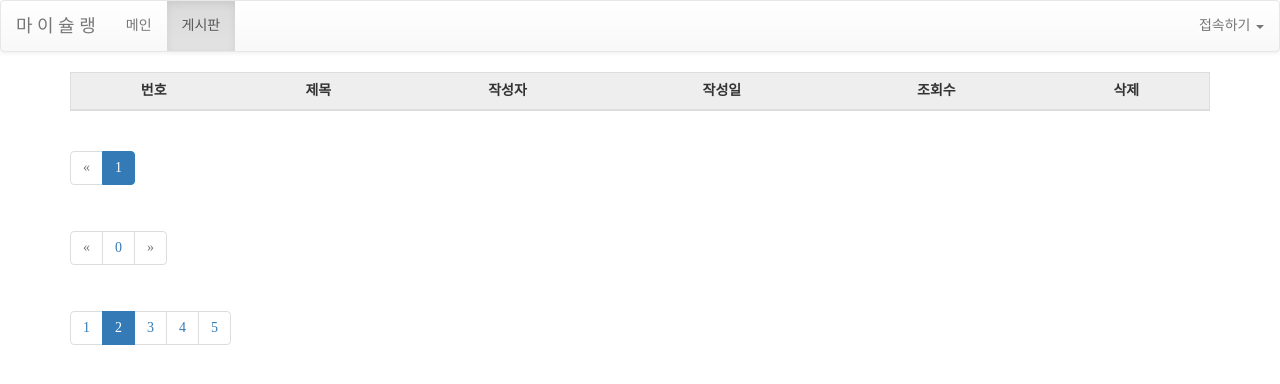
Repository: serendipity63/mychelin
Page: http://localhost/board/WEB-INF/views/boardlist.jsp
The author's editor kept a copy of each file at every save. The page is drawn from the files as they stood at one save, then again after the next save.
The browser window is 1280 px wide. The pictures show the whole page.
Some web fonts or font styles are not loaded; a fallback is used. The page is served by Tomcat 9. Nobody is signed in. The template is opened directly, without the code that normally fills it, so the values that code supplies are empty.

Above is the page before, as saved 2024-01-11 07:44:20.
Console error (its wording comes from the project's code and is left out).

After the next save:
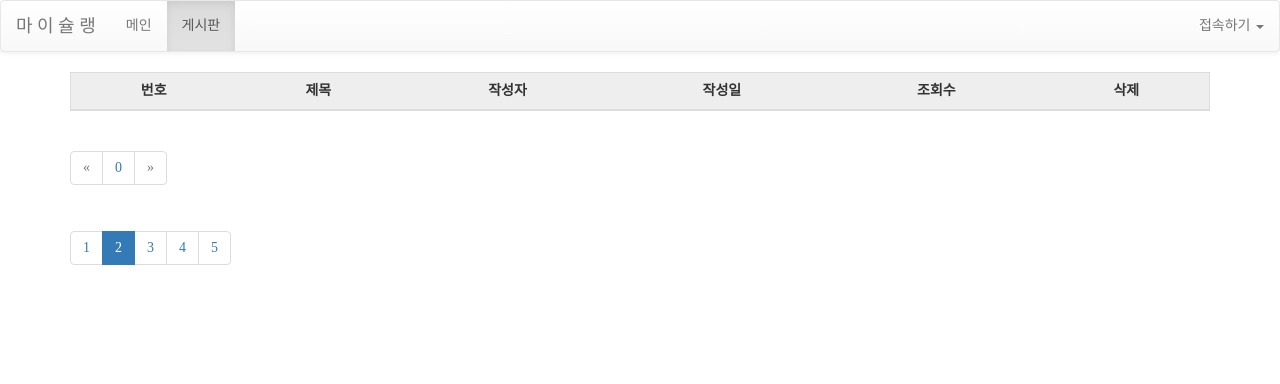
Saved 23 s later.
--- a/board/src/main/webapp/WEB-INF/views/boardlist.jsp
+++ b/board/src/main/webapp/WEB-INF/views/boardlist.jsp
@@ -100,12 +100,7 @@ text-decoration:none;
 				</c:forEach>
 			</tbody>
 		</table>
-		<nav aria-label="...">
-  <ul class="pagination">
-    <li class="disabled"><a href="#" aria-label="Previous"><span aria-hidden="true">&laquo;</span></a></li>
-    <li class="active"><a href="#">1 <span class="sr-only">(current)</span></a></li>
-  </ul>
-</nav>
+
 		<nav aria-label="Page navigation">
     <ul class="pagination">
         <li class="${pageInfo.curPage > 1 ? '' : 'disabled'}">
